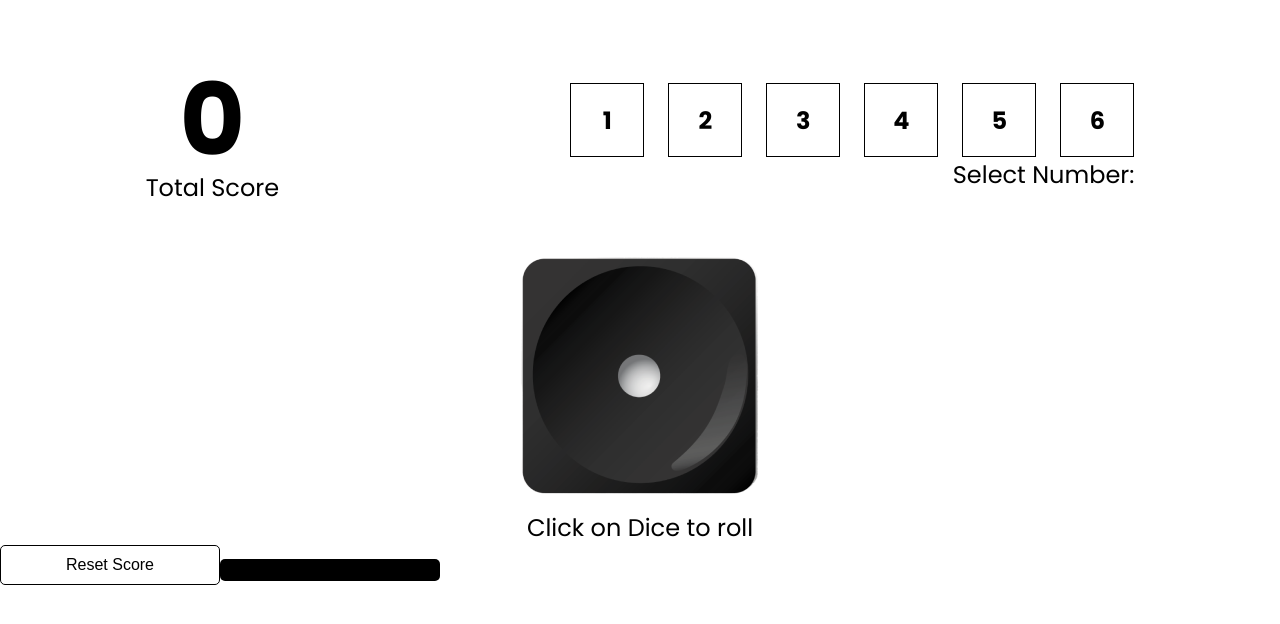
Repository: Wahid137/react-project-three
Page: /, after clicking the first element matching `button.sc-bRKDuR`
These files come from the project's save history. The page is drawn as it stood at one moment and after the next save; the edit follows.
The browser window is 1280 px wide. The pictures show the whole page.
The project was rebuilt for these pictures with package versions that can differ from the ones it lists, and the page was loaded fresh each time. Also part of the build but not shown: vite.config.js.

Above is the page before, as saved 2023-08-26 23:02:16.

### index.html
<!doctype html>
<html lang="en">
  <head>
    <meta charset="UTF-8" />
    <link rel="icon" type="image/svg+xml" href="/vite.svg" />
    <meta name="viewport" content="width=device-width, initial-scale=1.0" />
    <title>Dice Games</title>
  </head>
  <body>
    <div id="root"></div>
    <script type="module" src="/src/main.jsx"></script>
  </body>
</html>

### src/components/StartGame.jsx
import styled from "styled-components";
import dices from "../../public/images/dice/dices.png";
import { Button } from "../styled/Button";
const StartGame = ({ toggle }) => {
  return (
    <Container>
      <div>
        <img src={dices} alt="" />
      </div>
      <div className="content">
        <h1>Dice Game</h1>
        <div className="btn">
          <Button onClick={toggle}>Play Now</Button>
        </div>
      </div>
    </Container>
  );
};

export default StartGame;

const Container = styled.div`
  max-width: 1180px;
  height: 100vh;
  display: flex;
  margin: 0 auto;
  align-items: center;
  .content {
    h1 {
      font-size: 96px;
      white-space: nowrap;
    }
    .btn {
      text-align: end;
    }
  }
`;

### src/components/GamePlay.jsx
import { styled } from "styled-components";
import TotalScore from "./TotalScore";
import NumberSelector from "./NumberSelector";
import { useState } from "react";
import RoleDice from "./RoleDice";
import { Button, OutlineButton } from "../styled/Button";

const GamePlay = () => {
  const [score, setScore] = useState(0);
  const [error, setError] = useState(false);
  const [currentDice, setCurrentDice] = useState(1);
  const [selectedNumber, setSelectedNumber] = useState();
  const [showRules, setShowRules] = useState(false);

  const generateRandomUser = () => {
    return Math.floor(Math.random() * 6 + 1);
  };

  const roleDice = () => {
    if (!selectedNumber) {
      setError("You have no selected any number!");
      return;
    }
    const randomNumber = generateRandomUser();
    setCurrentDice(randomNumber);

    if (selectedNumber === randomNumber) {
      setScore((prev) => prev + randomNumber);
    } else {
      setScore((prev) => prev - 2);
    }
    setSelectedNumber(undefined);
  };
  const resetScore = () => {
    setScore(0);
  };
  return (
    <MainContainer>
      <div className="top-section">
        <TotalScore score={score} />
        <NumberSelector
          error={error}
          setError={setError}
          selectedNumber={selectedNumber}
          setSelectedNumber={setSelectedNumber}
        />
      </div>
      <RoleDice currentDice={currentDice} roleDice={roleDice} />
      <div>
        <OutlineButton onClick={resetScore}>Reset Score</OutlineButton>
        <Button>{}</Button>
      </div>
    </MainContainer>
  );
};

export default GamePlay;

const MainContainer = styled.main`
  padding-top: 70px;
  .top-section {
    display: flex;
    justify-content: space-around;
    align-items: center;
  }
`;

### src/styled/Button.js



import styled from "styled-components";

export const Button = styled.button`
  color: white;
  padding: 10px 18px;
  background: #000000;
  border-radius: 5px;
  min-width: 220px;
  border: none;
  font-size: 16px;
  border: 1px solid transparent;
  cursor: pointer;
  transition: 0.3s ease-in;
  &:hover {
    background-color: white;
    border: 1px solid black;
    color: black;
    transition: 0.4s ease-in;
  }
`;
export const OutlineButton = styled(Button)`
  background-color: white;
  border: 1px solid black;
  color: black;
  &:hover {
    background-color: black;
    border: 1px solid transparent;
    color: white;
  }
`;

### src/components/TotalScore.jsx
import { styled } from "styled-components";

const TotalScore = ({ score }) => {
  return (
    <ScoreContainer>
      <h1>{score}</h1>
      <p>Total Score</p>
    </ScoreContainer>
  );
};

export default TotalScore;

const ScoreContainer = styled.div`
  max-width: 200px;
  text-align: center;
  h1 {
    font-size: 100px;
    line-height: 100px;
  }
  p {
    font-size: 24px;
    font-weight: 500px;
  }
`;

### src/components/NumberSelector.jsx
import { styled } from "styled-components";

const NumberSelector = ({
  setError,
  error,
  selectedNumber,
  setSelectedNumber,
}) => {
  const arrNumber = [1, 2, 3, 4, 5, 6];

  const numberSelectorHandler = (value) => {
    setSelectedNumber(value);
    setError("");
  };

  return (
    <NumberSelectorContainer>
      <p className="error">{error}</p>
      <div className="flex">
        {arrNumber.map((value, i) => (
          <Box
            key={i}
            isSelected={value === selectedNumber}
            onClick={() => numberSelectorHandler(value)}
          >
            {value}
          </Box>
        ))}
      </div>
      <p>Select Number: {selectedNumber}</p>
    </NumberSelectorContainer>
  );
};

export default NumberSelector;

const NumberSelectorContainer = styled.div`
  display: flex;
  flex-direction: column;
  align-items: end;
  .flex {
    display: flex;
    gap: 24px;
  }
  p {
    font-size: 24px;
    font-weight: 700px;
  }
  .error {
    color: red;
  }
`;

const Box = styled.div`
  height: 72px;
  width: 72px;
  border: 1px solid black;
  display: grid;
  place-items: center;
  font-size: 24px;
  font-weight: 700;
  background-color: ${(props) => (props.isSelected ? "black" : "white")};
  color: ${(props) => (!props.isSelected ? "black" : "white")};
`;

### src/components/RoleDice.jsx
import { styled } from "styled-components";

const RoleDice = ({ currentDice, roleDice }) => {
  return (
    <DiceContainer>
      <div className="dice" onClick={roleDice}>
        <img src={`/public/images/dice/dice_${currentDice}.png`} alt="" />
      </div>
      <p>Click on Dice to roll</p>
    </DiceContainer>
  );
};

export default RoleDice;

const DiceContainer = styled.div`
  margin-top: 48px;
  display: flex;
  flex-direction: column;
  align-items: center;

  .dice {
    cursor: pointer;
  }

  p {
    font-size: 24px;
  }
`;

Loaded but not shown: src/main.jsx (common file); src/App.jsx (common file); src/index.css (common file)

After the next save:
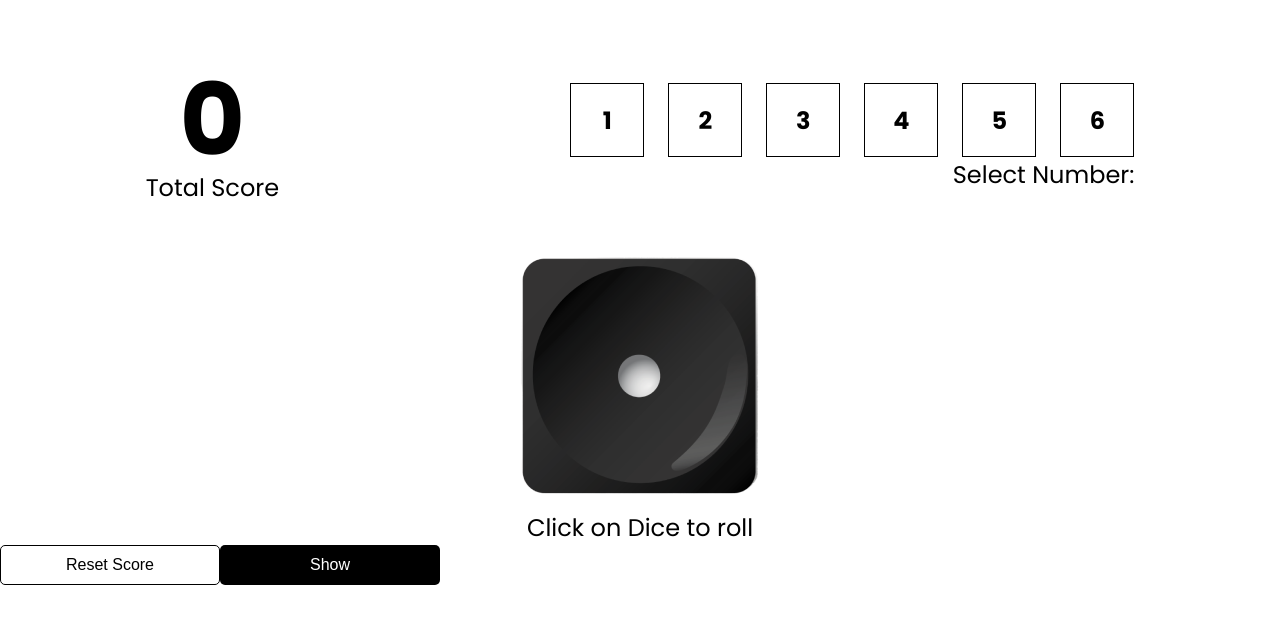
Saved 39 s later.
--- a/src/components/GamePlay.jsx
+++ b/src/components/GamePlay.jsx
@@ -48,7 +48,7 @@
       <RoleDice currentDice={currentDice} roleDice={roleDice} />
       <div>
         <OutlineButton onClick={resetScore}>Reset Score</OutlineButton>
-        <Button>{}</Button>
+        <Button>{showRules ? "Hide" : "Show"}</Button>
       </div>
     </MainContainer>
   );
